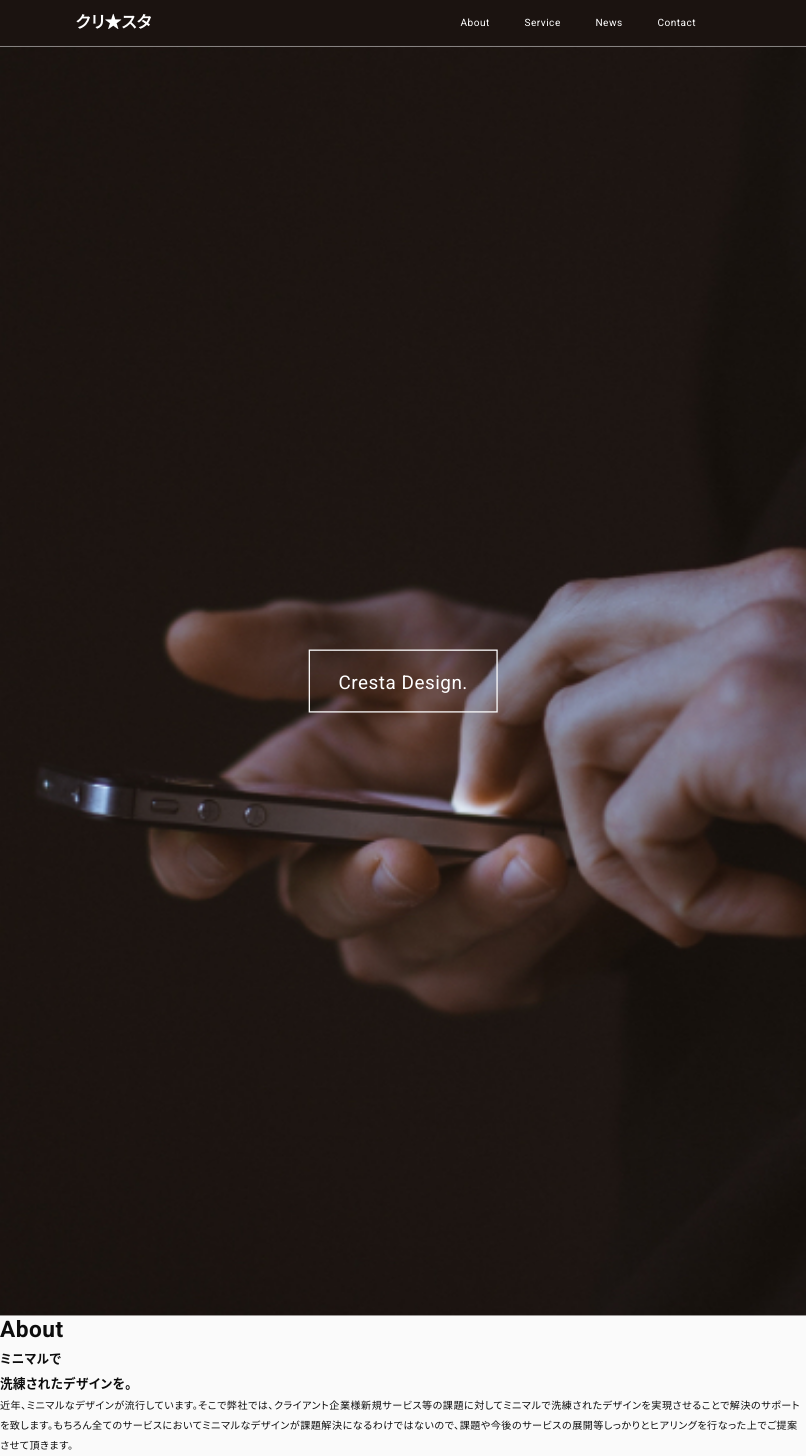
Repository: hatarakimono-kumasan/kurisuta_1st
Page: index.html
The author's editor kept a copy of each file at every save. The page is drawn from the files as they stood at one save, then again after the next save.
The browser window is 1280 px wide. The pictures show the whole page, at 63% of full size.
Some web libraries are served in a nearby version. The style sheet was rebuilt from its Sass, Less or Tailwind sources for each picture, by a compiler version that may differ from the author's.

Above is the page before, as saved 2020-05-15 07:16:33.

### index.html
<!DOCTYPE html>
<html lang="en">
	<head>
		<meta charset="UTF-8" />
		<meta name="viewport" content="width=device-width, initial-scale=1.0" />
		<meta http-equiv="X-UA-Compatible" content="ie=edge" />
		<title>Cresta.design</title>
		<meta name="keywords" content="カンマ区切りで10個以内推奨" />
		<meta name="description" content="120文字以内" />
		<meta property="og:title" content="このページのタイトル" />
		<meta property="og:type" content="TOPページはwebsite、子ページはarticle" />
		<meta property="og:url" content="このページのURL" />
		<meta property="og:image" content="1200×630以上推奨、絶対パスで指定" />
		<meta property="og:site_name" content="サイト名" />
		<meta property="og:description" content="80〜90文字推奨" />
		<meta name="twitter:card" content="summary or summary_large_image" />
		<meta name="twitter:site" content="@ユーザー名" />
		<meta name="format-detection" content="telephone=no" />
		<!-- <link rel="shortcut icon" sizes="16x16" href="ファビコン" />
		<link rel="apple-touch-icon" sizes="192x192" href="タッチアイコン" />
		<link rel="shortcut icon" sizes="192x192" href="タッチアイコン" /> -->
		<meta name="last-modified" content="Sun, 29 Dec 2019 20:30:30 GMT" />
		<link
			href="https://use.fontawesome.com/releases/v5.6.1/css/all.css"
			rel="stylesheet"
		/>
		<link rel="stylesheet" href="style.css" />
		<script
			src="https://code.jquery.com/jquery-3.4.1.min.js"
			integrity="sha256-CSXorXvZcTkaix6Yvo6HppcZGetbYMGWSFlBw8HfCJo="
			crossorigin="anonymous"
		></script>
	</head>
	<body>
		<!-- header -->
		<header class="header">
			<h1 class="site-title"><a href="./">クリ★スタ</a></h1>
			<div class="nav-wrapper">
				<nav class="header-nav">
					<ul class="nav-list">
						<li class="nav-item"><a href="#about">About</a></li>
						<li class="nav-item"><a href="#service">Service</a></li>
						<li class="nav-item"><a href="#news">News</a></li>
						<li class="nav-item"><a href="#contact">Contact</a></li>
					</ul>
				</nav>
			</div>
			<button class="burger-btn">
				<span class="bars">
					<span class="bar bar_top"></span>
					<span class="bar bar_mid"></span>
					<span class="bar bar_bottom"></span>
				</span>
			</button>
		</header>
		<!-- //header -->

		<!--first view-->
		<div class="first_view">
			<img src="img/fv-bgi_sp@2x.jpg" alt="サイトイメージ" />
			<p>Cresta Design.</p>
		</div>
		<!--//first view-->

		<main>
			<section class="about" id="about">
				<h2>About</h2>
				<h3>
					ミニマルで<br />
					洗練されたデザインを。
				</h3>
				<p>
					近年、ミニマルなデザインが流行しています。そこで弊社では、クライアント企業様新規サービス等の課題に対してミニマルで洗練されたデザインを実現させることで解決のサポートを致します。もちろん全てのサービスにおいてミニマルなデザインが課題解決になるわけではないので、課題や今後のサービスの展開等しっかりとヒアリングを行なった上でご提案させて頂きます。
				</p>
			</section>
		</main>
		<script src="drawer.js"></script>
	</body>
</html>

### drawer.js
$(".burger-btn").on("click", function () {
	//.btn_triggerをクリックすると
	$(".burger-btn").toggleClass("close"); //.btn_triggerにcloseクラスを付与(ボタンのアニメーション)
	$(".nav-wrapper").fadeToggle(500); //.nav-wrapperが0.5秒でフェードイン(メニューのフェードイン)
	$("body").toggleClass("noscroll"); //bodyにnoscrollクラスを付与(スクロールを固定)
});

if ($(window).width() < 768) {
	//デバイスの幅が768以下のとき
	$(".nav-item>a").on("click", function () {
		//.nav-item>aをクリックすると
		$(".nav-wrapper").fadeOut(500); //.nav-wrapperが0.5秒でフェードアウト(メニューのフェードアウト)
		$(".burger-btn").removeClass("close"); //.btn_triggerのcloseクラスを削除
		$("body").removeClass("noscroll"); //bodyのnoscrollクラスを削除
	});
}

### style.scss
/* ======================================
Foundation
====================================== */

@import "scss/foundation/reset";
@import "scss/foundation/mixin";
@import "scss/foundation/settings";
@import "scss/foundation/base";

/* ======================================
Layout
====================================== */

@import "scss/layout/header";
// @import 'layout/nav';
@import "scss/layout/main";
// @import 'layout/footer';

/* ======================================
Object
====================================== */

/**
Component
----------------------------------- */

// @import 'object/component/';

/**
Project
----------------------------------- */

// @import 'object/project/';

/**
Utility
----------------------------------- */
// @import 'object/utility/';

### scss/foundation/_reset.scss
html,
body,
div,
span,
object,
iframe,
h1,
h2,
h3,
h4,
h5,
h6,
p,
blockquote,
pre,
abbr,
address,
cite,
code,
del,
dfn,
em,
img,
ins,
kbd,
q,
samp,
small,
strong,
sub,
sup,
var,
b,
i,
dl,
dt,
dd,
ol,
ul,
li,
fieldset,
form,
label,
legend,
table,
caption,
tbody,
tfoot,
thead,
tr,
th,
td,
article,
aside,
canvas,
details,
figcaption,
figure,
footer,
header,
hgroup,
menu,
nav,
section,
summary,
time,
mark,
audio,
video {
	margin: 0;
	padding: 0;
	border: 0;
	outline: 0;
	font-size: 100%;
	vertical-align: baseline;
	background: transparent;
}
body {
	line-height: 1;
}
article,
aside,
details,
figcaption,
figure,
footer,
header,
hgroup,
menu,
nav,
section,
main {
	display: block;
}
ol,
ul {
	list-style: none;
}
blockquote,
q {
	quotes: none;
}
blockquote:before,
blockquote:after,
q:before,
q:after {
	content: "";
	content: none;
}
a {
	margin: 0;
	padding: 0;
	font-size: 100%;
	vertical-align: baseline;
	background: transparent;
}
ins {
	background-color: #ff9;
	color: #333;
	text-decoration: none;
}
mark {
	background-color: #ff9;
	color: #333;
	font-style: italic;
	font-weight: bold;
}
del {
	text-decoration: line-through;
}
abbr[title],
dfn[title] {
	border-bottom: 1px dotted;
	cursor: help;
}
table {
	border-collapse: collapse;
	border-spacing: 0;
}
hr {
	display: block;
	height: 1px;
	border: 0;
	border-top: 1px solid #cccccc;
	margin: 1em 0;
	padding: 0;
}
input,
select {
	vertical-align: middle;
}

### scss/foundation/_mixin.scss
// --------------------------------------------------------
//  mixin (mobile to pc)
// --------------------------------------------------------

$tab: 768px;
$lap: 1024px;
$pc: 1200px;

@mixin tab {
	@media screen and (min-width: ($tab)) {
		@content;
	}
}

@mixin lap {
	@media screen and (min-width: ($lap)) {
		@content;
	}
}

@mixin pc {
	@media screen and (min-width: ($pc)) {
		@content;
	}
}

### scss/foundation/_settings.scss
/*
font
------------------------------------------*/
@import url("https://fonts.googleapis.com/css2?family=Roboto:wght@400;700&display=swap");
body {
	font-family: Roboto, "Noto Sans JP", 游ゴシック, "Yu Gothic", 游ゴシック体,
		YuGothic, "ヒラギノ角ゴ Pro W3", "Hiragino Kaku Gothic Pro", "Meiryo UI",
		メイリオ, Meiryo, sans-serif;
	font-size: medium;
	letter-spacing: 0.05em;
	word-break: break-all;
}
h1,
h2,
h3,
h4,
h5,
strong {
	font-weight: bold;
}

/*フォントサイズ
https://websemantics.uk/tools/responsive-font-calculator/
-------------------------------------------------*/
html {
	font-size: 62.5%;
}
body {
	font-size: 1.6rem; /* 16px*/
	line-height: 2;
}
h1 {
	font-size: 26px; /* IE8以下とAndroid4.3以下用フォールバック */
	font-size: 2.6rem;
	line-height: 1.3;
	font-family: Roboto;
}
h2 {
	font-size: 36px; /* IE8以下とAndroid4.3以下用フォールバック */
	font-size: 3.6rem;
	line-height: 1.3;
	font-family: Roboto;
}
h3 {
	font-size: 20px; /* IE8以下とAndroid4.3以下用フォールバック */
	font-size: 2rem;
	line-height: 2;
	font-family: "Noto Sans CJK JP";
}

### scss/foundation/_base.scss
/*
Base
---------------------------------------------- */
html {
	box-sizing: border-box;
	height: 100%;
}
*,
*:before,
*:after {
	box-sizing: inherit;
}
body {
	height: 100%;
	font-feature-settings: "palt";
	color: #0d0d0d;
	background-color: #fafafa;
}
img {
	max-width: 100%;
	height: auto;
	vertical-align: bottom;
}
a {
	color: inherit;
}
input,
textarea {
	font-family: inherit;
	font-size: 100%;
}

### scss/layout/_header.scss
// body {
// 	color: #141414;
// 	font-size: 1.4rem;
// 	line-height: 1.8;
// 	letter-spacing: 0.05em;

// 	font-family: "Roboto", sans-serif, "Noto Sans JP", sans-serif;
// }
.noscroll {
	overflow: hidden;
}
/* img {
	width: 100%;
	vertical-align: bottom;
} */
a {
	text-decoration: none;
	color: #fff;
}
// .section-title {
// 	font-size: 3.6rem;
// 	font-weight: bold;
// 	text-align: center;
// 	letter-spacing: 0.05em;
// 	margin-bottom: 70px;
// }
// h3 {
// 	font-size: 2.4rem;
// 	font-weight: bold;
// 	line-height: 2;
// 	letter-spacing: 0.1em;
// 	margin-bottom: 40px;
// }
// .section-wrapper {
// 	padding: 100px 10% 50px;
// }

/* ------------------ */
/* header */
/* ------------------ */
.header {
	background-color: #1b1310;
	color: #fff;
	height: 74px;
	display: flex;
	justify-content: space-between;
	align-items: center;
	padding: 0 120px;
	border-bottom: 1px solid #fff;
}
.nav-list {
	/* navの横並び */
	display: flex;
}
.nav-item {
	/* メニューの右側に余白 */
	margin-right: 55px;
}
.burger-btn {
	display: none;
}

@media screen and (max-width: 768px) {
	/* ----------------------- */
	/* base_sp
/* ----------------------- */

	// h3 {
	// 	font-size: 2rem;
	// 	margin-bottom: 30px;
	// }
	// .section-wrapper {
	// 	padding: 100px 5% 50px;
	// }
	/* ------------------ */
	/* humberger-menu */
	/* ------------------ */
	.header {
		padding: 0 5%;
	}
	.burger-btn {
		display: block;
		width: 39px;
		height: 39px;
		position: relative;
		z-index: 3;
		/*   codepenの挙動のため */
		background-color: transparent;
		border: none;
	}
	.bar {
		width: 20px;
		height: 1px;
		display: block;
		position: absolute;
		left: 50%;
		transform: translateX(-50%);
		background-color: #fff;
	}
	.bar_top {
		top: 10px;
	}
	.bar_mid {
		top: 50%;
		transform: translate(-50%, -50%);
	}
	.bar_bottom {
		bottom: 10px;
	}
	.burger-btn.close .bar_top {
		transform: translate(-50%, 10px) rotate(45deg);
		transition: transform 0.3s;
	}
	.burger-btn.close .bar_mid {
		opacity: 0;
		transition: opacity 0.3s;
	}
	.burger-btn.close .bar_bottom {
		transform: translate(-50%, -8px) rotate(-45deg);
		transition: transform 0.3s;
	}
	.nav-wrapper {
		display: none;
		width: 100vw;
		height: 100vh;
		position: fixed;
		top: 0;
		left: 0;
		z-index: 2; /*キービジュアルと.btn_triggerとの重なりの前後関係を調整*/
	}
	.header-nav {
		width: 100%;
		height: 100%;
		background-color: #1b1310;
		z-index: 2;
	}
	.header-nav .nav-list {
		display: block;
		position: absolute;
		top: 50%;
		left: 50%;
		transform: translate(-50%, -50%);
		text-align: center;
	}
	.header-nav .nav-item {
		margin-right: 0;
		margin-bottom: 40px;
	}
}

### scss/layout/_main.scss
/*=======================================
first view
=========================================*/
.first_view {
	width: 100%;
	position: relative;

	img {
		min-width: 100%;
	}
	p {
		width: 300px;
		height: 100px;
		border: #fff 2px solid;
		color: #fff;
		position: absolute;
		transform: translateY(-50%);
		font-size: 3rem;
		top: 50%;
		left: 50%;
		text-align: center;
		transform: translate(-50%, -50%);
		line-height: 100px;
	}
}

/*=============================================
about
===============================================*/

After the next save:
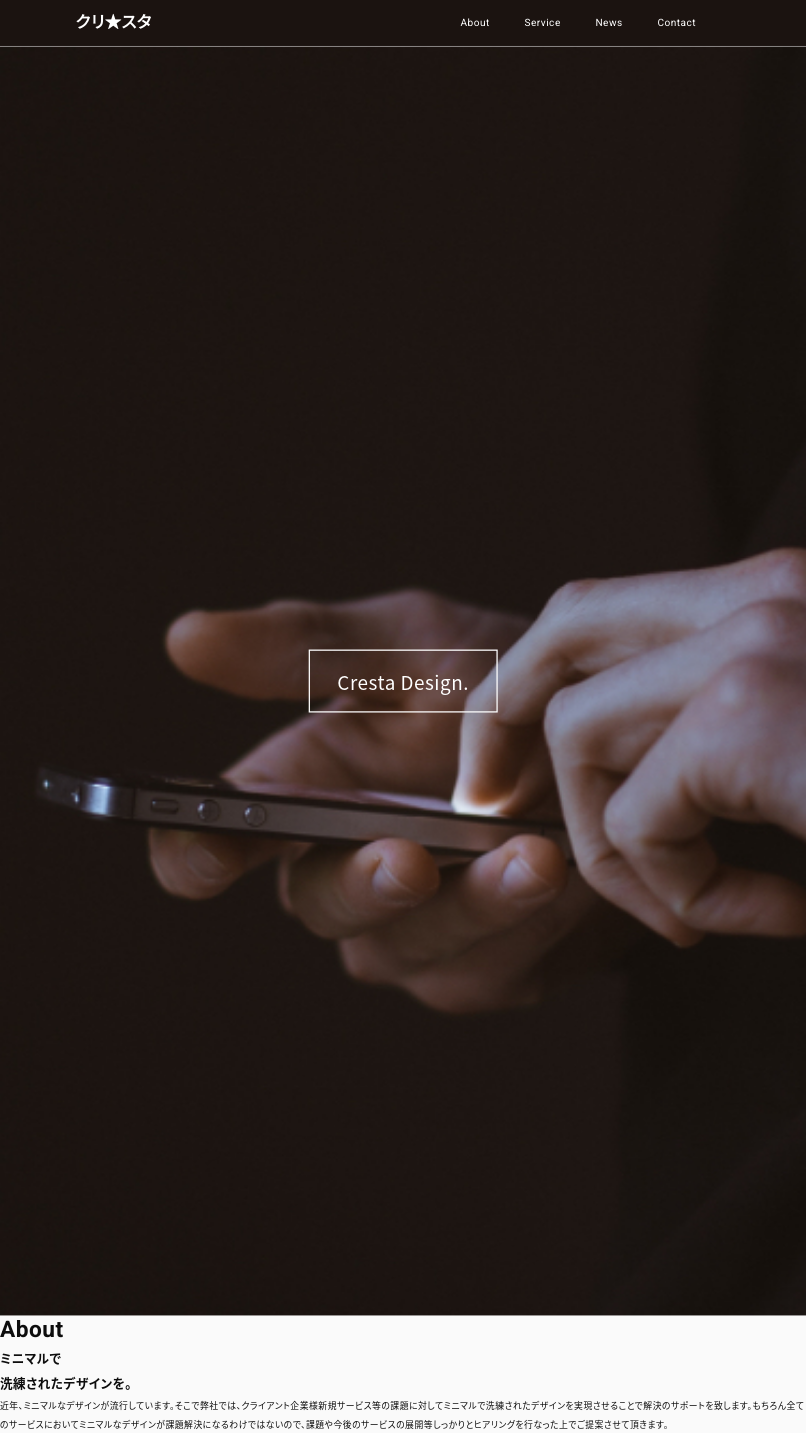
Saved 11 min 56 s later.
--- a/scss/foundation/_settings.scss
+++ b/scss/foundation/_settings.scss
@@ -47,3 +47,9 @@ h3 {
 	line-height: 2;
 	font-family: "Noto Sans CJK JP";
 }
+p {
+	font-size: 14px; /* IE8以下とAndroid4.3以下用フォールバック */
+	font-size: 1.4rem;
+	line-height: calc(30 / 14);
+	font-family: "Noto Sans CJK JP";
+}
